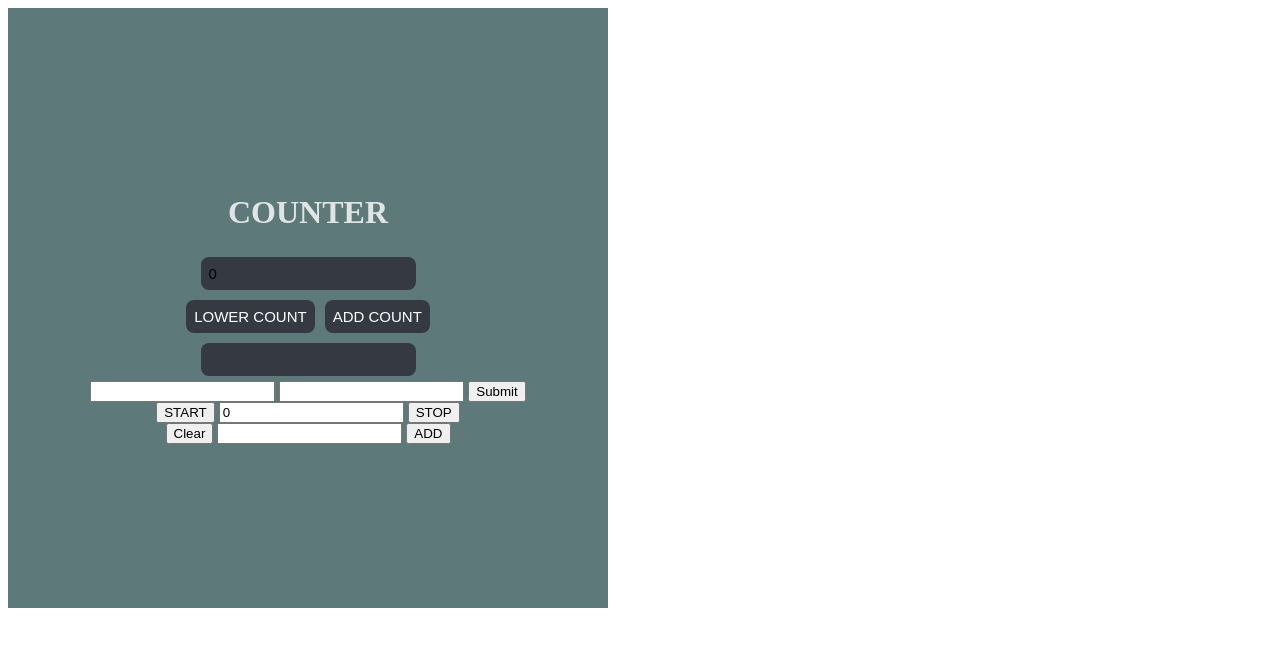
Repository: sedashahnazaryan/Caunter
Page: index.html
The author's editor kept a copy of each file at every save. The page is drawn from the files as they stood at one save, then again after a run of saves.
The browser window is 1280 px wide. The pictures show the whole page.

Above is the page before, as saved 2022-02-15 01:34:59.

### index.html
<!DOCTYPE html>
<html lang="en">
<head>
    <meta charset="UTF-8">
    <meta http-equiv="X-UA-Compatible" content="IE=edge">
    <meta name="viewport" content="width=device-width, initial-scale=1.0">
    <title>Caunter</title>
    <link rel="stylesheet" href="./index.css">
</head>

<body>
    <div class="container">

        <h1 class="counter">COUNTER</h1>
    <input class="item1"id="input" type="text" value="0">
    <div class="btn-item">
        <button id="lower" onclick="">LOWER COUNT </button>
        <button id ="add">ADD COUNT</button>
    </div>

    <input id ="result" type="text">
    <div class="add-item">
        <input id="num1" type="text">
        <input id="num2" type="text">
        <button id="submit">Submit</button>
    </div>

    <div class="item1">
        <button id ="start">START</button>
         <input id ="interval"value=0 type="text">
          <button id ="stop">STOP</button>
    </div>
    <div class="item2">
        <button id ="adding">Clear</button>
        <input id="result-fibo" type="text">
        <button id="add-fibo">ADD</button>
    </div>
</div>

   <script src="./index.js"></script>
</body>
</html>

### index.css




.container{
  display: flex;
  height: 600px;
  width: 600px;
  justify-content: center;
  align-items: center;
  background-color: rgb(94, 121, 121);
  flex-direction: column;
}

.counter{
color: rgba(243, 243, 243, 0.87);

}



.btn-item{
    display: flex;
    justify-content: center;

}
#add,#lower {
    background-color: #343942;
    color: white;
    padding: 8px;
    border-radius: 8px;
    border: none;
    font-size: 15px;
    margin: 5px;
    cursor: pointer;

}
/* #lower {
    background-color: #498AFB;
    color: white;
    padding: 8px;
    border-radius: 8px;
    border: none;
    font-size: 15px;
    cursor: pointer; */

           #input{
        background-color: #343942;
        /* color: white; */
        padding: 8px;
        border-radius: 8px;
        border: none;
        font-size: 15px;
        margin: 5px;
        cursor: pointer;
    }
    #result{
        background-color: #343942;
        padding: 8px;
        border-radius: 8px;
        border: none;
        font-size: 15px;
        margin: 5px;
        cursor: pointer;
    }
    #num1,#num2{

    }

### index.js
let counterDisplayElem = document.getElementById('input');
let counterMinusElem = document.getElementById('lower');
let counterPlusElem = document.getElementById('add');
let result=document.getElementById('result');
let num1 =document.getElementById('num1');
let num2 =document.getElementById('num2');
let submit=document.getElementById('submit');
let number = 0;



counterPlusElem.addEventListener("click",()=>{
    counterDisplayElem.value++;
}) ;

counterMinusElem.addEventListener("click",()=>{
    counterDisplayElem.value--;
});

function curry(a){
    return function(b){
       return a+b;
    }

};
submit.addEventListener('click',()=>{
result.value=curry(+num1.value)(+num2.value);

});
function fibonacci(num){
    if(num<=1){
        return num;

    }
      return fibonacci(num-1)+fibonacci(num-2);
    //   0,1,1,2,3,5,8,13,21-8րդ թիվն է
}
document.getElementById("add-fibo").addEventListener('click',()=>{
    document.getElementById('result-fibo').value+=fibonacci(number);
    number++;


    })

    document.getElementById("adding").addEventListener("click", ()=>{
        document.getElementById("result-fibo").value = "";
        number=0;
      });

      let interval;
      function starting(){
      interval=setInterval(() => {
          document.getElementById('interval').value++;

      }, 500)};

      function off(){
        clearInterval(interval);
        document.getElementById('interval').value="";

      }
      document.getElementById('start').addEventListener('click',starting)


      document.getElementById('stop').addEventListener('click',off);

After the next 2 saves:
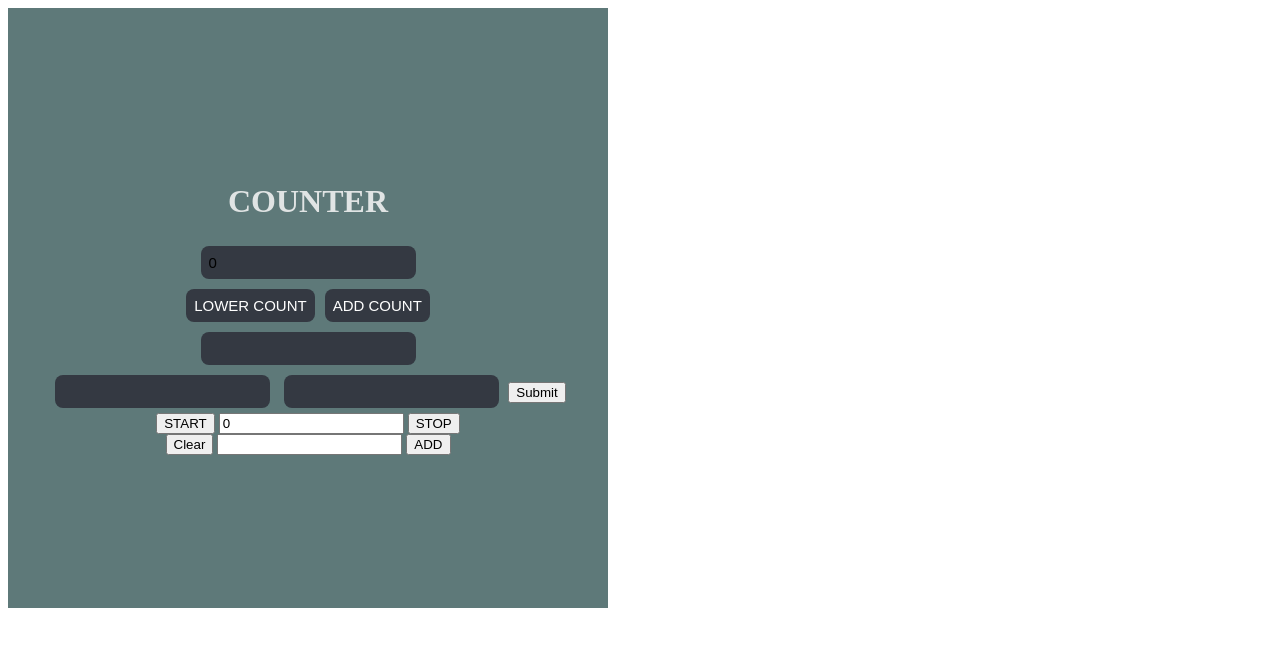
The 2 saves are shown as one change because they came seconds apart.
The last was saved 16 s later.
--- a/index.css
+++ b/index.css
@@ -64,5 +64,12 @@ color: rgba(243, 243, 243, 0.87);
         cursor: pointer;
     }
     #num1,#num2{
+        background-color: #343942;
+        padding: 8px;
+        border-radius: 8px;
+        border: none;
+        font-size: 15px;
+        margin: 5px;
+        cursor: pointer;
 
     }
